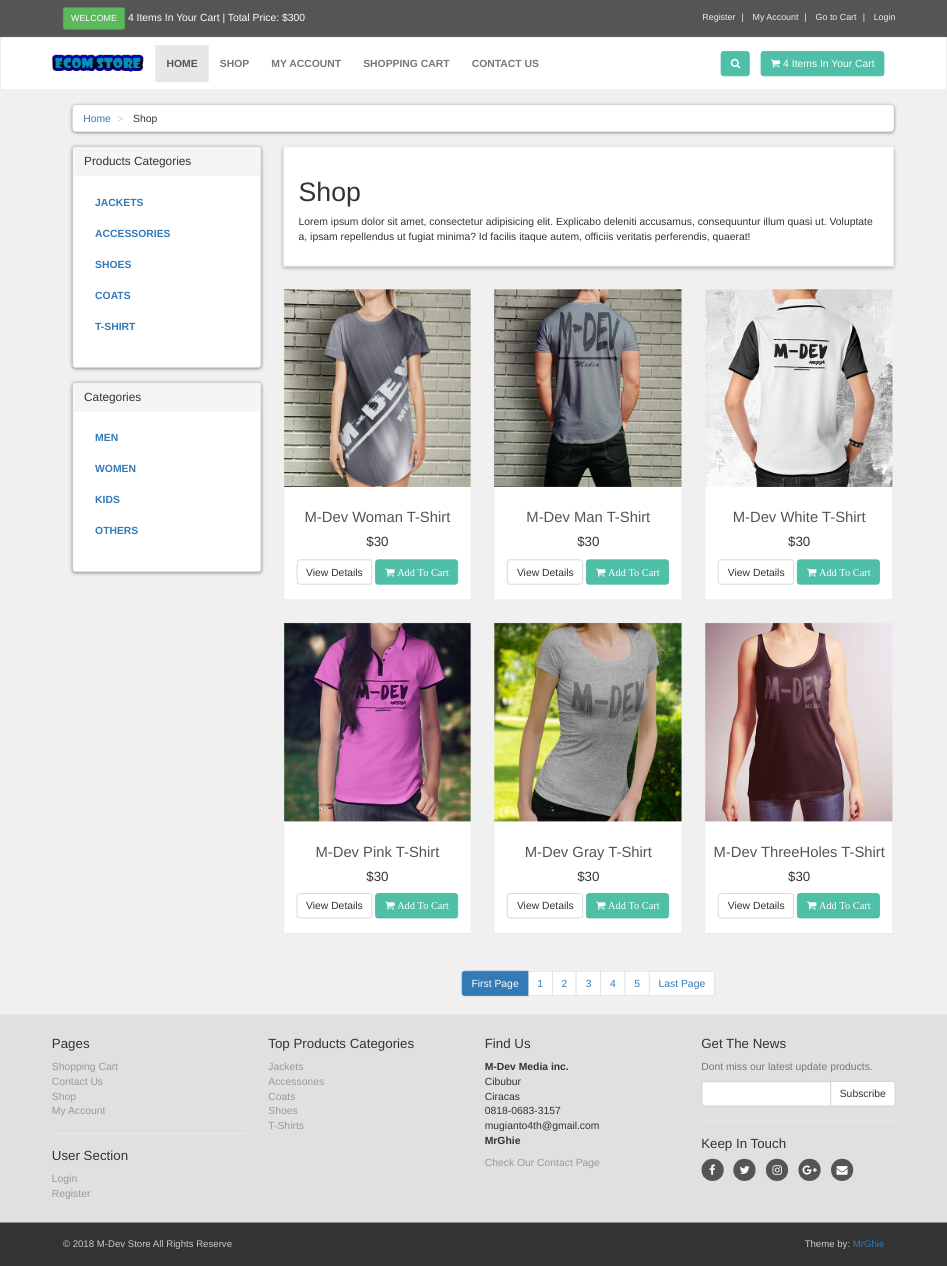
Repository: truonghuynhquy/M_Dev_Store
Page: http://localhost/shop.php
These files come from the project's save history. The page is drawn as it stood at one moment and after the next save; the edit follows.
The browser window is 1280 px wide. The pictures show the whole page, at 74% of full size.
The page is run by PHP 8.4 with error messages shown; the project is at /var/www/html/.

Above is the page before, as saved 2022-09-25 21:35:55.

After the next save:
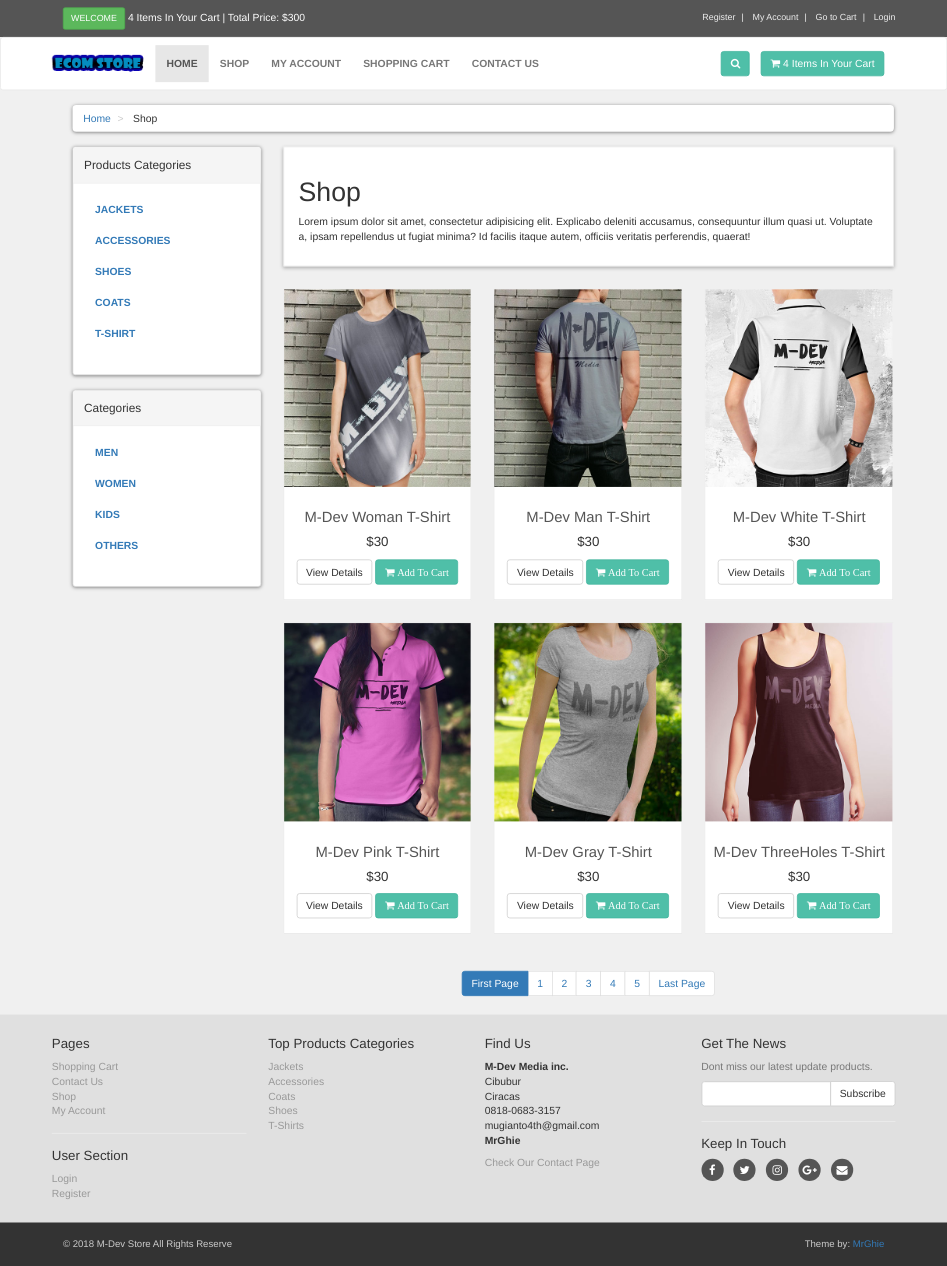
Saved 13 s later.
--- a/styles/style.css
+++ b/styles/style.css
@@ -235,6 +235,10 @@ body {
 #content .panel.sidebar-menu ul.nav.category-menu li a{
     text-transform: uppercase;
     font-weight: 600;
+}
+#content .panel.sidebar-menu h3{
+    padding: 5px 0px;
+    margin: 0px;
 }
 
 
